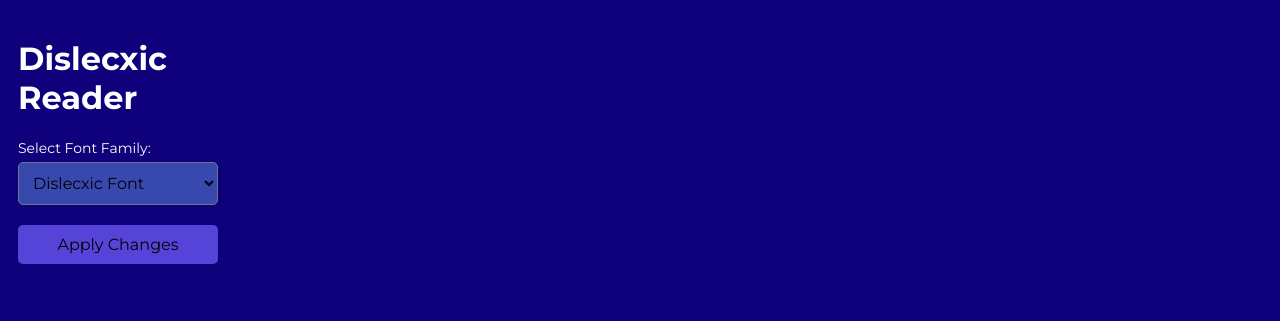
Repository: adatechschool/extension-navigateur-extension_walid_eliana_imelda
Page: Extention 3/popup.html
An editor plug-in stored every save of this project. The page is shown before and after the next save, followed by the edit.
The browser window is 1280 px wide. The pictures show the whole page.

Above is the page before, as saved 2024-01-14 00:23:50.

After the next save:
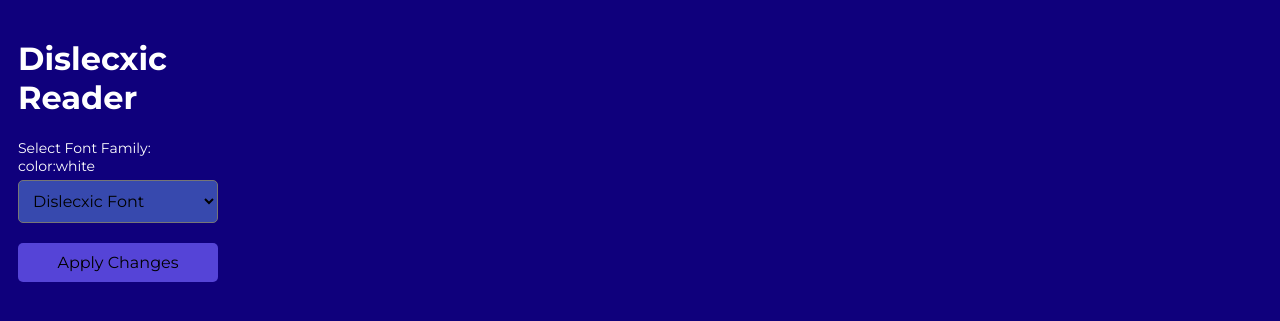
Saved 51 s later.
--- a/Extention 3/popup.html
+++ b/Extention 3/popup.html
@@ -13,7 +13,7 @@
 
 <body>
     <h1> Dislecxic Reader </h1>
-  <label for="font-family">Select Font Family:</label>
+  <label for="font-family">Select Font Family: color:white</label>
 
   <select id="font-family">
 

After the save that followed:
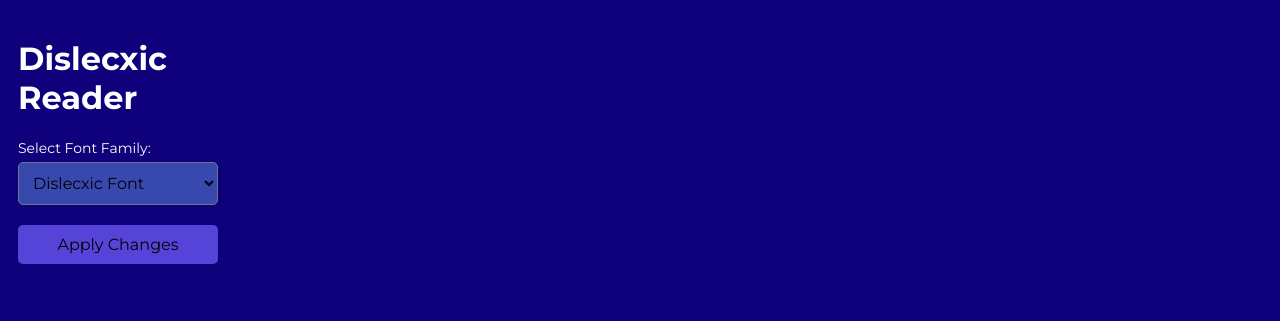
Saved 5 min 10 s later.
--- a/Extention 3/popup.html
+++ b/Extention 3/popup.html
@@ -13,14 +13,14 @@
 
 <body>
     <h1> Dislecxic Reader </h1>
-  <label for="font-family">Select Font Family: color:white</label>
+  <label for="font-family">Select Font Family:</label>
 
   <select id="font-family">
 
-    <option value= "Montserrat:wght@400;">Dislecxic Font</option>
+    <option value= "Monospace;">Dislecxic Font</option>
     <option value="s" value="z" value="p" value="b">Lettres en Gras</option>
+
     <option value="Rockwell"> Le deux</option>
-
     <!-- Add more font options as needed -->
   </select>
 
